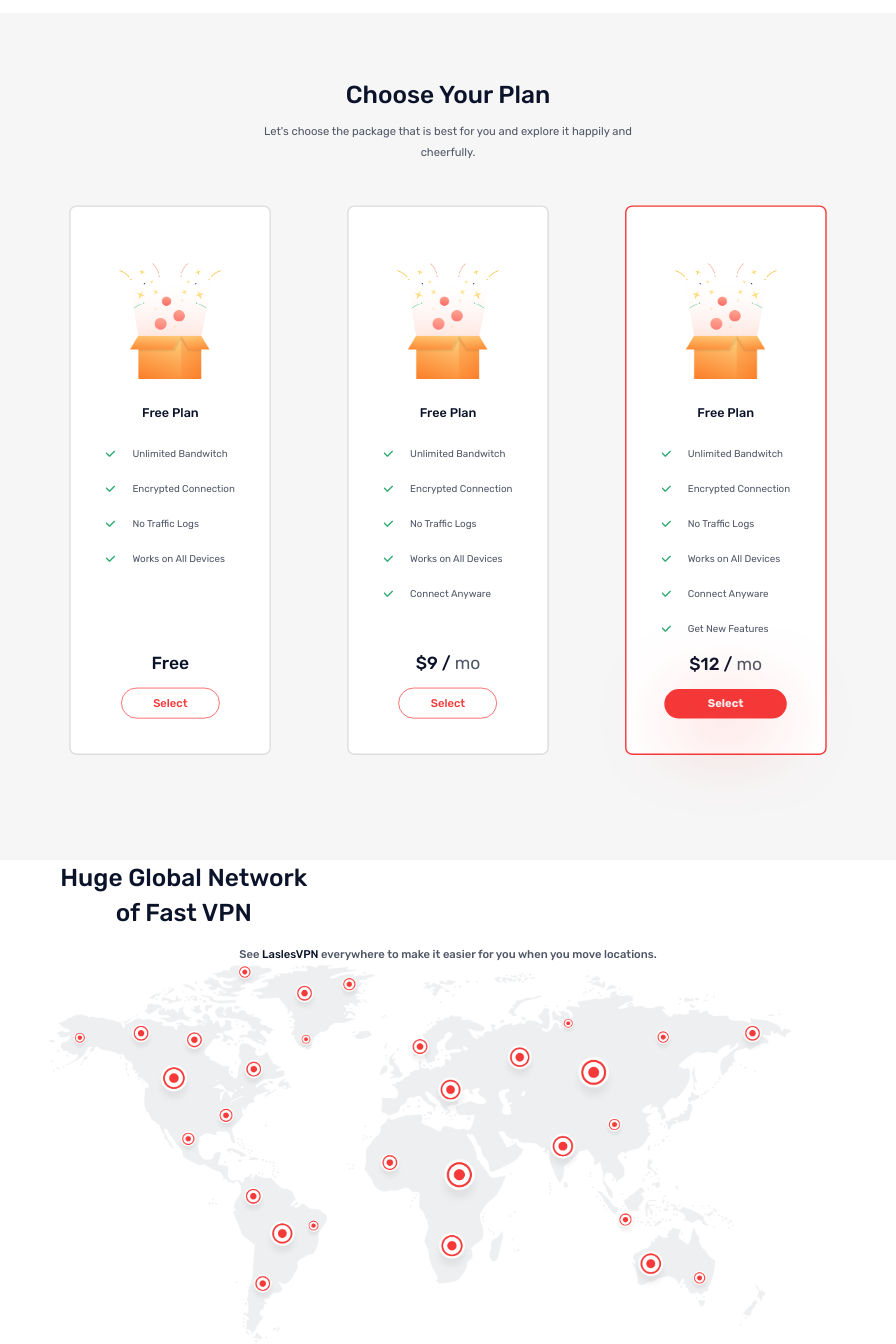
Repository: PhamTrungNguyen/LuyenTap
Page: LT_Figma/index.html
The author's editor kept a copy of each file at every save. The page is drawn from the files as they stood at one save, then again after the next save.
The browser window is 1280 px wide. The pictures show the part of the page from y = 1369 to 3289 px (the page is 3289 px tall), at 70% of full size.
Some web libraries are served in a nearby version. The style sheet was rebuilt from its Sass, Less or Tailwind sources for each picture, by a compiler version that may differ from the author's.

Above is the page before, as saved 2021-12-08 23:14:56.
Console error: TypeError: Cannot read properties of null (reading 'addEventListener')

### LT_Figma/index.html
<!DOCTYPE html>
<html lang="en">

<head>
  <meta charset="UTF-8" />
  <meta http-equiv="X-UA-Compatible" content="IE=edge" />
  <meta name="viewport" content="width=device-width, initial-scale=1.0" />
  <title>Lasles VPN</title>
  <link rel="stylesheet" href="./css/reset.css">
  <link rel="stylesheet" href="./css/app.css" />
  <!-- Link font chữ -->
  <link rel="preconnect" href="https://fonts.googleapis.com">
  <link rel="preconnect" href="https://fonts.gstatic.com" crossorigin>
  <link href="https://fonts.googleapis.com/css2?family=Rubik:wght@400;500;700&display=swap" rel="stylesheet">
</head>

<body>
  <div class="wrapper">
    <!-- ---------------------------------- Phần header ---------------------------------- -->
    <header class="header">
      <div class="container">
        <div class="header-container">
          <img srcset="./images/logo.png 2x" alt="" class="header-logo"> <!-- độ nét logo -->
          <ul class="menu">
            <li class="menu-item">
              <a href="#" class="menu-link">About</a>
            </li>
            <li class="menu-item">
              <a href="#" class="menu-link">Features</a>
            </li>
            <li class="menu-item">
              <a href="#" class="menu-link">Pricing</a>
            </li>
            <li class="menu-item">
              <a href="#" class="menu-link">Testimonials</a>
            </li>
            <li class="menu-item">
              <a href="#" class="menu-link">Help</a>
            </li>
          </ul>
          <div class="header-user">
            <a href="#" class="header-user_in">Sign In</a>
            <a href="#" class="button button--outline">Sign Up</a>
          </div>
        </div>
      </div>
    </header>

    <!-- ---------------------------------- Phần hero ---------------------------------- -->
    <section class="hero">
      <div class="container">
        <div class="hero-container">
          <div class="hero-content">
            <h2 class="hero-content_heading">Want anything to be easy with LaslesVPN.</h2>
            <span class="hero-content_desc">Provide a network for all your needs with ease and fun using
              <strong>LaslesVPN</strong> discover interesting features from us.</span>
            <a href="#" class="button button--primary">Get Started</a>
          </div>
          <div class="hero-image">
            <img srcset="./images/hero-image.png 2x" alt="">
          </div>
        </div>
      </div>
    </section>

    <!-- ---------------------------------- Phần intro ---------------------------------- -->
    <section class="intro">
      <div class="container">
        <div class="intro-container">
          <div class="intro-item">
              <div class="intro-item_user">
                <img srcset="./images/user.png 2x" alt="">
              </div>
              <div class="intro-item_info">
                <h2 class="intro-item_info__number">90+</h2>
                <span class="intro-item_intro__desc">Users</span>
              </div>
          </div>
          <div class="intro-item">
              <div class="intro-item_user">
                <img srcset="./images/location.png 2x" alt="">
              </div>
              <div class="intro-item_info">
                <h2 class="intro-item_info__number">30+</h2>
                <span class="intro-item_intro__desc">Locations</span>
              </div>
          </div>
          <div class="intro-item">
              <div class="intro-item_user">
                <img srcset="./images/server.png 2x" alt="">
              </div>
              <div class="intro-item_info">
                <h2 class="intro-item_info__number">50+</h2>
                <span class="intro-item_intro__desc">Servers</span>
              </div>
          </div>
        </div>
      </div>
    </section>
     <!-- ---------------------------------- Phần Features ---------------------------------- -->
     <section class="feature">
       <div class="container">
         <div class="feature-container">
           <div class="feature-image">
             <img srcset="./images/feature-image.png 2x" alt="">
           </div>
           <div class="feature-content">
             <h3 class="feature-title">We Provide Many Features You Can Use</h3>
             <span class="feature-desc">You can explore the features that we provide with fun and have their own functions each feature.</span>
             <ul class="feature-list">
               <li class="feature-item">
                 <img src="./images/icon-check.svg" alt="" class="feature-item_check">
                 <span class="feature-item_text">Powerfull online protection.</span>
               </li>
               <li class="feature-item">
                 <img src="./images/icon-check.svg" alt="" class="feature-item_check">
                 <span class="feature-item_text">Powerfull online protection.</span>
               </li>
               <li class="feature-item">
                 <img src="./images/icon-check.svg" alt="" class="feature-item_check">
                 <span class="feature-item_text">Powerfull online protection.</span>
               </li>
               <li class="feature-item">
                 <img src="./images/icon-check.svg" alt="" class="feature-item_check">
                 <span class="feature-item_text">Powerfull online protection.</span>
               </li>
             </ul>
           </div>
         </div>
       </div>
     </section>

     <!-- ---------------------------------- Phần Plan ---------------------------------- -->
     <main>
       <section class="plan">
         <div class="container">
           <div class="plan-container">
             <div class="plan-heading">
               <h3 class="plan-heading_title">Choose Your Plan</h3>
               <span class="plan-heading_desc">Let's choose the package that is best for you and explore it happily and cheerfully.</span>
             </div>
             <div class="plan-main">
               <div class="plan-item">
                 <div class="plan-item_image">
                   <img srcset="./images/plan.png 2x" alt="">
                 </div>
                 <h3 class="plan-item_title">Free Plan</h3>
                 <ul class="plan-item--list">
                   <li class="plan-item_text">
                     <img src="./images/icon-check-line.svg" alt="" class="plan-item_icon">
                     <span class="plan-item_desc">Unlimited Bandwitch</span>
                   </li>
                   <li class="plan-item_text">
                     <img src="./images/icon-check-line.svg" alt="" class="plan-item_icon">
                     <span class="plan-item_desc">Encrypted Connection</span>
                   </li>
                   <li class="plan-item_text">
                     <img src="./images/icon-check-line.svg" alt="" class="plan-item_icon">
                     <span class="plan-item_desc">No Traffic Logs</span>
                   </li>
                   <li class="plan-item_text">
                     <img src="./images/icon-check-line.svg" alt="" class="plan-item_icon">
                     <span class="plan-item_desc">Works on All Devices</span>
                   </li>
                 </ul>
                 <h2 class="plan-item_free">Free</h2>
                 <a href="#" class="button button--outline">Select</a>
               </div>
               <div class="plan-item">
                 <div class="plan-item_image">
                   <img srcset="./images/plan.png 2x" alt="">
                 </div>
                 <h3 class="plan-item_title">Free Plan</h3>
                 <ul class="plan-item--list">
                   <li class="plan-item_text">
                     <img src="./images/icon-check-line.svg" alt="" class="plan-item_icon">
                     <span class="plan-item_desc">Unlimited Bandwitch</span>
                   </li>
                   <li class="plan-item_text">
                     <img src="./images/icon-check-line.svg" alt="" class="plan-item_icon">
                     <span class="plan-item_desc">Encrypted Connection</span>
                   </li>
                   <li class="plan-item_text">
                     <img src="./images/icon-check-line.svg" alt="" class="plan-item_icon">
                     <span class="plan-item_desc">No Traffic Logs</span>
                   </li>
                   <li class="plan-item_text">
                     <img src="./images/icon-check-line.svg" alt="" class="plan-item_icon">
                     <span class="plan-item_desc">Works on All Devices</span>
                   </li>
                   <li class="plan-item_text">
                     <img src="./images/icon-check-line.svg" alt="" class="plan-item_icon">
                     <span class="plan-item_desc">Connect Anyware</span>
                   </li>
                 </ul>
                 <h2 class="plan-item_free">$9 / <span>mo</span></h2>
                 <a href="#" class="button button--outline">Select</a>
               </div>
               <div class="plan-item plan-active">
                 <div class="plan-item_image">
                   <img srcset="./images/plan.png 2x" alt="">
                 </div>
                 <h3 class="plan-item_title">Free Plan</h3>
                 <ul class="plan-item--list">
                   <li class="plan-item_text">
                     <img src="./images/icon-check-line.svg" alt="" class="plan-item_icon">
                     <span class="plan-item_desc">Unlimited Bandwitch</span>
                   </li>
                   <li class="plan-item_text">
                     <img src="./images/icon-check-line.svg" alt="" class="plan-item_icon">
                     <span class="plan-item_desc">Encrypted Connection</span>
                   </li>
                   <li class="plan-item_text">
                     <img src="./images/icon-check-line.svg" alt="" class="plan-item_icon">
                     <span class="plan-item_desc">No Traffic Logs</span>
                   </li>
                   <li class="plan-item_text">
                     <img src="./images/icon-check-line.svg" alt="" class="plan-item_icon">
                     <span class="plan-item_desc">Works on All Devices</span>
                   </li>
                   <li class="plan-item_text">
                     <img src="./images/icon-check-line.svg" alt="" class="plan-item_icon">
                     <span class="plan-item_desc">Connect Anyware</span>
                   </li>
                   <li class="plan-item_text">
                     <img src="./images/icon-check-line.svg" alt="" class="plan-item_icon">
                     <span class="plan-item_desc">Get New Features</span>
                   </li>
                 </ul>
                 <h2 class="plan-item_free">$12 / <span>mo</span></h2>
                 <a href="#" class="button button--rounded">Select</a>
               </div>
             </div>
           </div>
         </div>
       </section>
       <!-- ---------------------------------- Phần network ---------------------------------- -->
       <section class="network">
         <div class="container">
           <div class="network-container">
             <div class="network-heading">
               <h2 class="network-heading_title">Huge Global Network of Fast VPN</h2>
               <span class="network-heading_desc">See <strong>LaslesVPN</strong> everywhere to make it easier for you when you move locations.</span>
             </div>
             <div class="network-image">
               <img srcset="./images/network-image.png 2x" alt="">
             </div>
           </div>
         </div>
       </section>
     </main>

  </div>

  <script type="text/javascript" src="https://code.jquery.com/jquery-1.11.0.min.js"></script>
  <script type="text/javascript" src="https://code.jquery.com/jquery-migrate-1.2.1.min.js"></script>
  <script type="text/javascript" src="https://cdn.jsdelivr.net/npm/slick-carousel@1.8.1/slick/slick.min.js"></script>
  <script src="./scripts/app.js"></script>
  <!-- sass ./sass/app.scss ./css/app.css --watch -->
</body>

</html>

### LT_Figma/css/reset.css
/* http://meyerweb.com/eric/tools/css/reset/
   v2.0 | 20110126
   License: none (public domain)
*/

html,
body,
div,
span,
applet,
object,
iframe,
h1,
h2,
h3,
h4,
h5,
h6,
p,
blockquote,
pre,
a,
abbr,
acronym,
address,
big,
cite,
code,
del,
dfn,
em,
img,
ins,
kbd,
q,
s,
samp,
small,
strike,
strong,
sub,
sup,
tt,
var,
b,
u,
i,
center,
dl,
dt,
dd,
ol,
ul,
li,
fieldset,
form,
label,
legend,
table,
caption,
tbody,
tfoot,
thead,
tr,
th,
td,
article,
aside,
canvas,
details,
embed,
figure,
figcaption,
footer,
header,
hgroup,
menu,
nav,
output,
ruby,
section,
summary,
time,
mark,
audio,
video {
  margin: 0;
  padding: 0;
  border: 0;
  font-size: 100%;
  font: inherit;
  vertical-align: baseline;
}
/* HTML5 display-role reset for older browsers */
article,
aside,
details,
figcaption,
figure,
footer,
header,
hgroup,
menu,
nav,
section {
  display: block;
}
body {
  line-height: 1;
}
ol,
ul {
  list-style: none;
}
blockquote,
q {
  quotes: none;
}
blockquote:before,
blockquote:after,
q:before,
q:after {
  content: "";
  content: none;
}
table {
  border-collapse: collapse;
  border-spacing: 0;
}

### LT_Figma/sass/app.scss
@import "reset";
@import "variables";
@import "global";

@import "header";
@import "hero";
@import "intro";
@import "feature";
@import "plan";
@import "network";

### LT_Figma/sass/_reset.scss
/* http://meyerweb.com/eric/tools/css/reset/
   v2.0 | 20110126
   License: none (public domain)
*/

html,
body,
div,
span,
applet,
object,
iframe,
h1,
h2,
h3,
h4,
h5,
h6,
p,
blockquote,
pre,
a,
abbr,
acronym,
address,
big,
cite,
code,
del,
dfn,
em,
img,
ins,
kbd,
q,
s,
samp,
small,
strike,
strong,
sub,
sup,
tt,
var,
b,
u,
i,
center,
dl,
dt,
dd,
ol,
ul,
li,
fieldset,
form,
label,
legend,
table,
caption,
tbody,
tfoot,
thead,
tr,
th,
td,
article,
aside,
canvas,
details,
embed,
figure,
figcaption,
footer,
header,
hgroup,
menu,
nav,
output,
ruby,
section,
summary,
time,
mark,
audio,
video {
  margin: 0;
  padding: 0;
  border: 0;
  font-size: 100%;
  font: inherit;
  vertical-align: baseline;
  text-decoration: none;
}
/* HTML5 display-role reset for older browsers */
article,
aside,
details,
figcaption,
figure,
footer,
header,
hgroup,
menu,
nav,
section {
  display: block;
}
body {
  line-height: 1;
}
ol,
ul {
  list-style: none;
}
blockquote,
q {
  quotes: none;
}
blockquote:before,
blockquote:after,
q:before,
q:after {
  content: "";
  content: none;
}
table {
  border-collapse: collapse;
  border-spacing: 0;
}
*,
*:after,
*:before {
  margin: 0;
  padding: 0;
  box-sizing: border-box;
}

### LT_Figma/sass/_variables.scss
$font-1: "Rubik", sans-serif;
$text-color: #4F5665;
$title-color: #0b132a;
$red-color: #F53838;
$gray-color: #dde0e4;
$gray-light-color: #f8f8f8;
$gray-lighter-color: #ddd;

### LT_Figma/sass/_global.scss
body {
  line-height: 1;
  font-family: $font-1;
  color: $text-color;
  font-weight: 400;
  font-size: 16px;
  background-color: white;
}
html {
  font-size: 62.5%;
}
button {
  cursor: pointer;
  outline: none;
  border: none;
  font-family: $font-1;
}
.wrapper {
  // lớp bao ngoài
  max-width: 1440px;
  margin: 0 auto;
}
.container {
  // container bên trong
  max-width: 1240px;
  margin: 0 auto;
  padding: 0 50px;
}
.button {
  display: inline-block;
  padding: 13px 45px;
  border-radius: 100rem;
  font-family: $font-1;
  line-height: 1;
  font-size: 16px;
  cursor: pointer;
  border: none;
  outline: none;

  &--primary {
    font-weight: 700;
    background-color: $red-color;
    color: white;
    border-radius: 10px;
    padding: 17px 77px;
    position: relative;
    &:after {
      content: "";
      background: rgba(245, 56, 56, 0.979);
      filter: blur(26px);
      position: absolute;
      top: 80%;
      left: 50%;
      transform: translate(-50%, -50%);
      width: 80%;
      height: 100%;
      z-index: -1;
    }
  }
  &--outline {
    background-color: transparent;
    color: $red-color;
    font-weight: 500;
    border: 1px solid;
  }
  &--rounded {
    font-weight: 700;
    background-color: $red-color;
    color: white;
    padding: 13px 62px;
    position: relative;
    z-index: 2;
    &:after {
      content: "";
      position: absolute;
      top: 0;
      left: 50%;
      width: 90%;
      height: 100%;
      transform: translate(-50%, 50%);
      background-color: rgba(245, 56, 56, 0.35);
      filter: blur(54px);
      border-radius: inherit;
    }
  }
}

### LT_Figma/sass/_header.scss
.header {
  padding-top: 50px;
  padding-bottom: 90px;
  &-container {
    display: flex;
    justify-content: space-between;
    align-items: center;
    flex-wrap: wrap;
    position: relative;
  }
  &-user {
    font-weight: 500;
    &_in {
      margin-right: 3rem;
      color: $title-color;
    }
  }
}
.menu {
  display: flex;
  align-items: center;
  list-style: none;
  gap: 0 40px;
  &-link {
    color: $text-color;
  }
}
@media screen and (max-width: 1023px) {
  .header-user {
    position: absolute;
    right: 0;
    top: 80%;
    transform: translateY(50%);
  }
}
@media  screen and (max-width:767px){
  .menu{
    display: none;
  }

}

### LT_Figma/sass/_hero.scss
.hero {
  padding-bottom: 100px;
  &-container {
    display: flex;
    justify-content: space-between;
    align-items: center;
    gap: 0 40px;
    position: relative;
  }
  &-content {
    width: 100%;
    max-width: 555px;
    &_heading {
      font-weight: 500;
      color: $title-color;
      font-size: 50px;
      line-height: calc(70 / 50);
      margin-bottom: 2rem;
    }
    &_desc {
      display: block;
      line-height: calc(30 / 16);
      margin-bottom: 5rem;
      strong {
        font-weight: 500;
      }
    }
  }
  &-image {
    // đỡ mất kích thước của ảnh
    position: absolute;
    top: 50%;
    right: 0;
    transform: translate(40px, -50%);
  }

}
@media  screen and (max-width:1279px){
  .hero-image {
    // đỡ mất kích thước của ảnh
    position:inherit;
    transform: none;
    img{
      width: 100%;
    }
  }
  .hero-content {
    width: 100%;
    max-width: 455px;
}
  .hero-content_heading {

    font-size: 45px;

}

}
@media screen and (max-width: 1023px) {
  .hero-content_heading {
    color: #0b132a;
    font-size: 30px;
  }
}
@media  screen and (max-width:767px){
    .hero-container {
        flex-direction: column-reverse;
        gap: 50px 0;
    }
    .hero-content_heading {
        color: #0b132a;
        font-size: 23px;
    }



}

### LT_Figma/sass/_intro.scss
.intro {
  margin-bottom: 95px;
  &-container {
    padding: 37px 0;
    box-shadow: 0 42px 114px 0 rgba(13, 16, 37, 0.226);
    display: grid;
    grid-template-columns: repeat(3, minmax(0, 1fr));
    border-radius: 10px;
    background-color: #fff;
  }
  &-item {
    display: flex;
    justify-content: center;
    align-items: center;

    &_user {
      margin-right: 2rem;
    }
    &_info {
      &__number {
        font-weight: 700;
        font-size: 25px;
        margin-bottom: 6px;
        line-height: calc(30 / 25);
      }
      &__desc{
        line-height: calc(30 / 20);
      }
    }
    height: 125px;
  }
}
@media screen and (min-width: 768px) {
  .intro-item:nth-child(2) {
    border-right: 2px solid #eeeff2;
    border-left: 2px solid #eeeff2;
  }
}

@media screen and (max-width: 767px) {
  .intro-container {
    grid-template-columns: 100%;
  }
  .intro-item {
    flex-direction: row;
    // text-align: center;
  }
  .intro-item:nth-child(2){
      padding-left: 2rem;

  }
}

### LT_Figma/sass/_feature.scss
.feature{
    padding-bottom: 7rem;
    &-container{
        display:flex;
        justify-content: space-between;
        align-items: center;
        gap: 0 170px;
    }
    &-image{
        // width: 100%;
    }
    &-content{

    }
    &-title{
        color:$title-color;
        font-weight: 500;
        font-size: 35px;
        line-height: calc(50/35);
        margin-bottom: 2rem;
    }
    &-desc{
        line-height: calc(30/16);
        margin-bottom: 2rem;
    }
    &-item{
        // list-style: none;
        &_check{
            margin-right: 1rem;
        }
        display: flex;
        align-items: center;
        margin-bottom: 2rem;
    }
}
@media  screen and (max-width:1279px){
    .feature-container {
        gap: 0 90px;
    }

}
@media  screen and (max-width:1023px){
    .feature-image {
        img{
            width: 155%;
        }
    }
    .feature-container {
        gap: 0 150px;
    }

}
@media  screen and (max-width:767px){
    .feature-container {
        flex-direction: column;
    }
    .feature-image img {
        width: 100%;
    }
    .feature-container {
        gap: 50px 0;
    }
    .feature-content{
        display: flex;
        flex-direction: column;
        align-items: center;
        margin: 0 auto;
    }

}

### LT_Figma/sass/_network.scss
.network
{
    &-heading{
        margin: 0 auto;
        text-align: center;
        &_title{
            max-width:385px;
            font-weight: 500;
            font-size: 35px;
            margin-bottom: 2rem;
            color:$title-color;
            line-height: calc(50/35);
        }
        &_desc{
            max-width:555px;
            font-weight: 500;
            line-height: calc(30/16);
            strong{
                color:$title-color;
            }
        }
    }
}

Loaded but not shown: LT_Figma/scripts/app.js (39 lines, source omitted); LT_Figma/sass/_plan.scss (80 lines, source omitted)

After the next save:
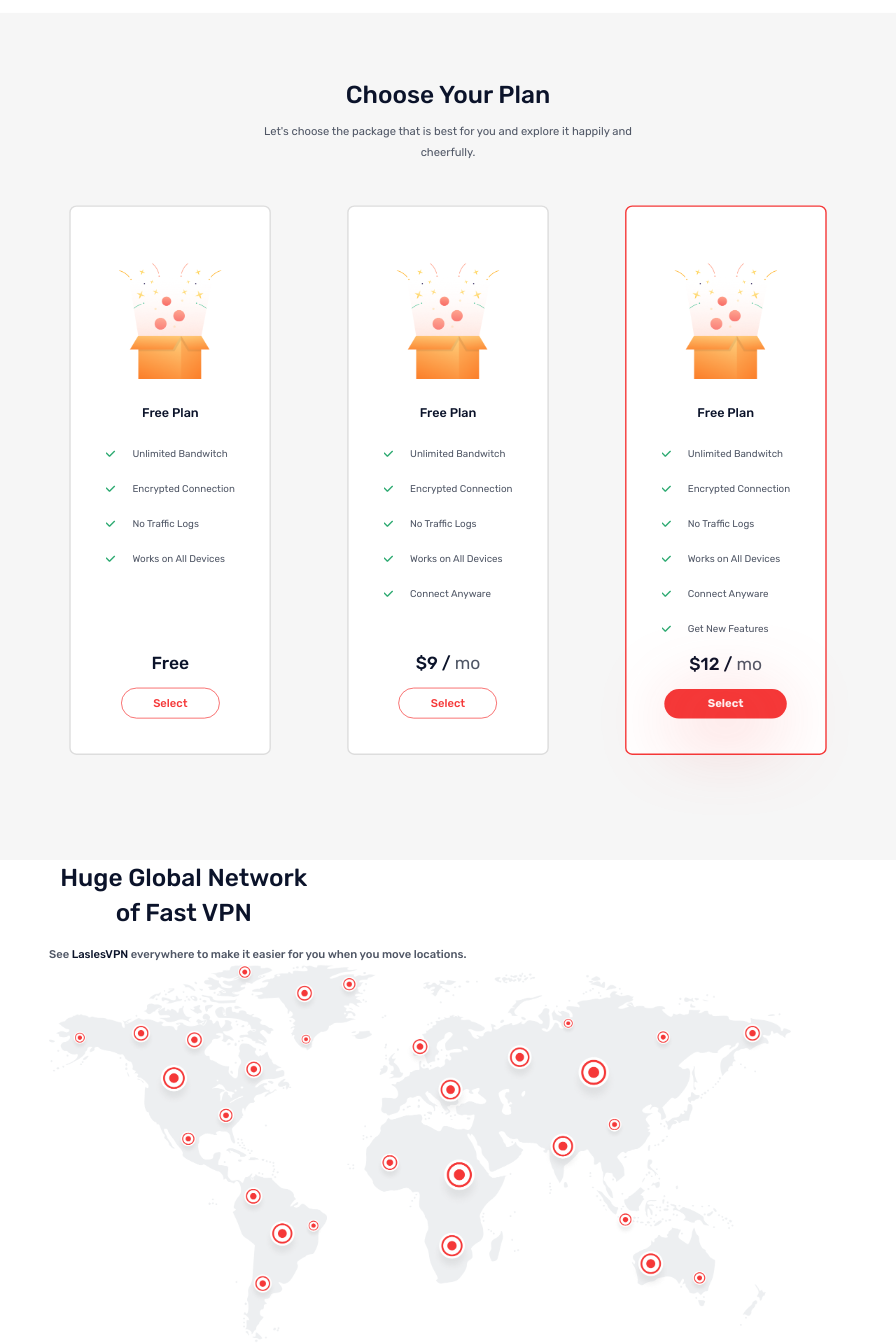
Saved 8 s later.
--- a/LT_Figma/sass/_network.scss
+++ b/LT_Figma/sass/_network.scss
@@ -2,8 +2,8 @@
 {
     &-heading{
         margin: 0 auto;
-        text-align: center;
         &_title{
+            text-align: center;
             max-width:385px;
             font-weight: 500;
             font-size: 35px;
